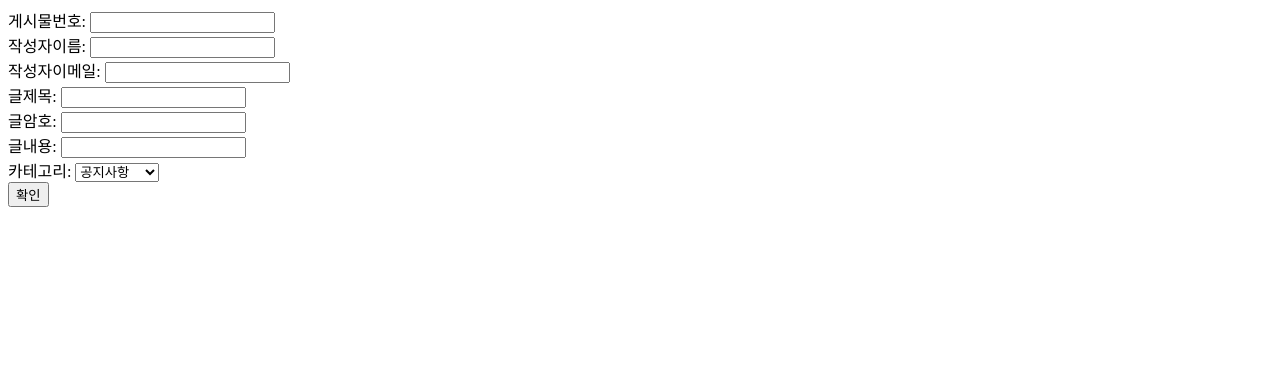
Repository: MegiLove/html_css
Page: day1130/src/main/webapp/boardTest.html
An editor plug-in stored every save of this project. The page is shown before and after the next save, followed by the edit.
The browser window is 1280 px wide. The pictures show the whole page.

Above is the page before, as saved 2021-11-30 07:52:54.

After the next save:
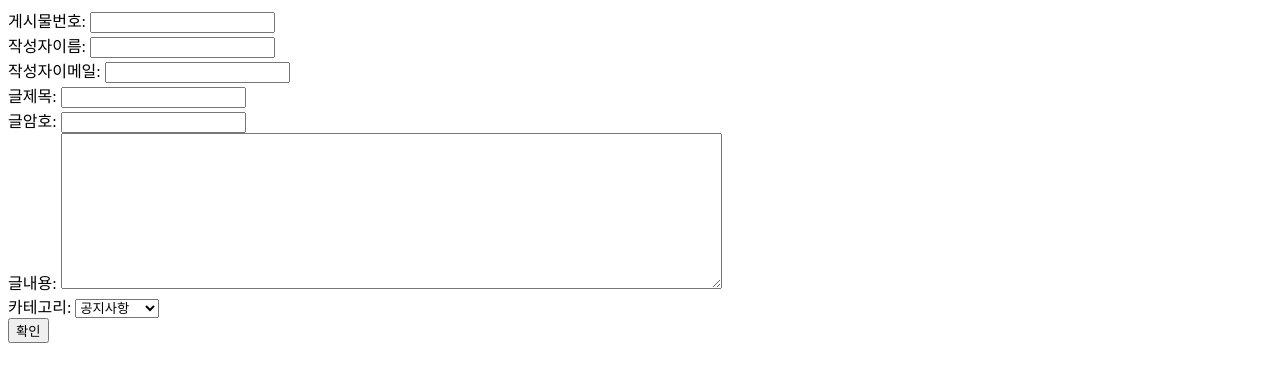
Saved 50 s later.
--- a/day1130/src/main/webapp/boardTest.html
+++ b/day1130/src/main/webapp/boardTest.html
@@ -11,7 +11,7 @@
 		작성자이메일: <input type="email" name="email"><br>
 		글제목: <input type="text" name="title"><br>
 		글암호: <input type="password" name="pwd"><br>
-		글내용: <input type="text" name="text"><br>
+		글내용: <textarea rows="10" cols="80" name="content"></textarea><br>
 		카테고리: <select name="category">
 		<option value="공지사항">공지사항</option>
 		<option value="QNA">QNA</option>
